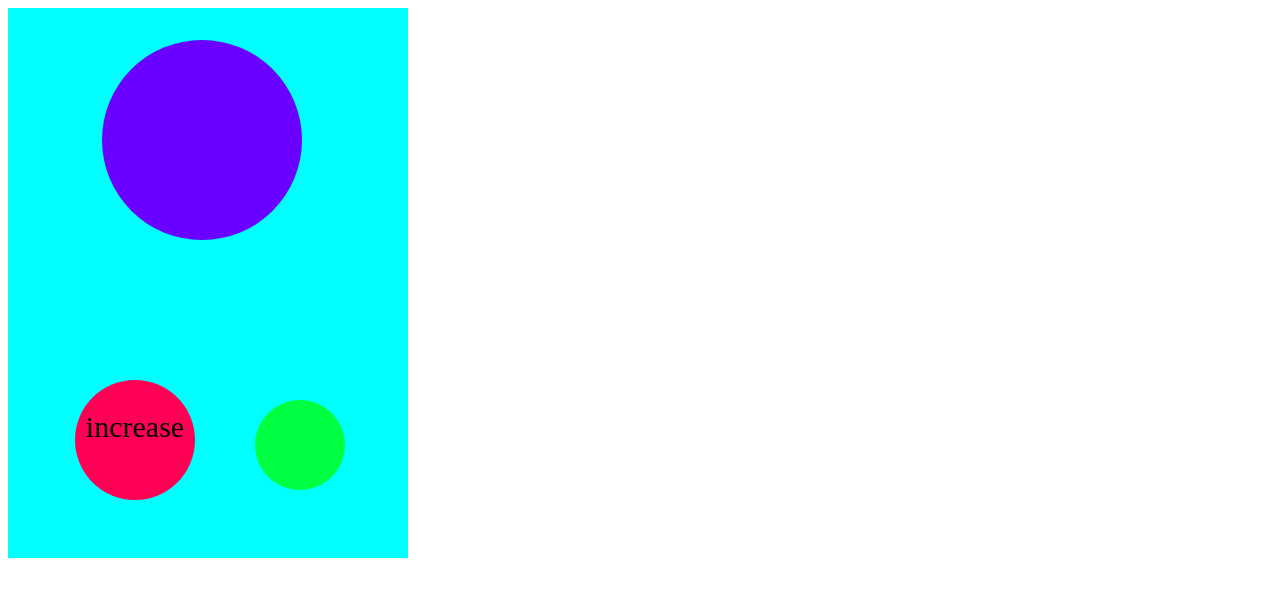
Repository: sara55m/Counter_App
Page: index.html
The author's editor kept a copy of each file at every save. The page is drawn from the files as they stood at one save, then again after the next save.
The browser window is 1280 px wide. The pictures show the whole page.

Above is the page before, as saved 2024-07-30 03:27:42.

After the next save:
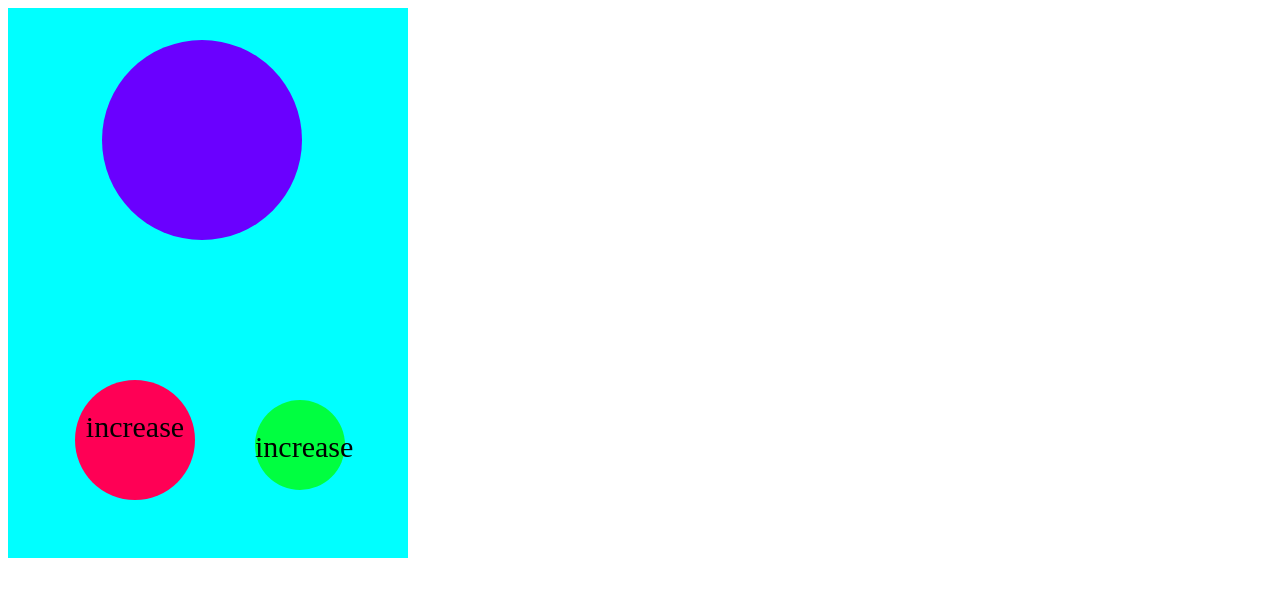
Saved 14 s later.
--- a/index.html
+++ b/index.html
@@ -10,7 +10,7 @@
     <div class="container">
         <div class="main" id="main"></div>
         <div class="increase" id="increase" onclick="increase()"><p class="first">increase</p></div>
-        <div class="reset" onclick="reset_1()"></div>
+        <div class="reset" onclick="reset_1()"><p class="second">increase</p></div>
     </div>
     <script src="js/script.js"></script>
 </body>
